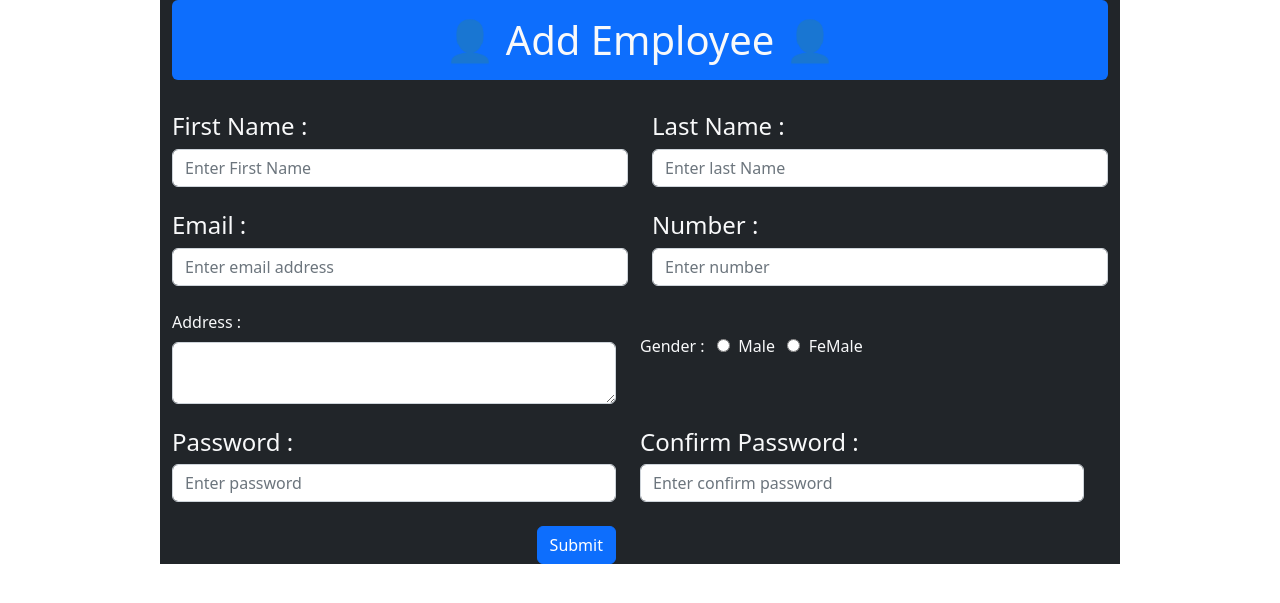
Repository: Rahulkathiriya/java-assignment-and-assesment
Page: http://localhost/web007_assesment_employee_Management_System/addEmployee.jsp
These files come from the project's save history. The page is drawn as it stood at one moment and after the next save; the edit follows.
The browser window is 1280 px wide. The pictures show the whole page.
The page is served by Tomcat 9.

Above is the page before, as saved 2022-11-17 15:54:05.

After the next save:
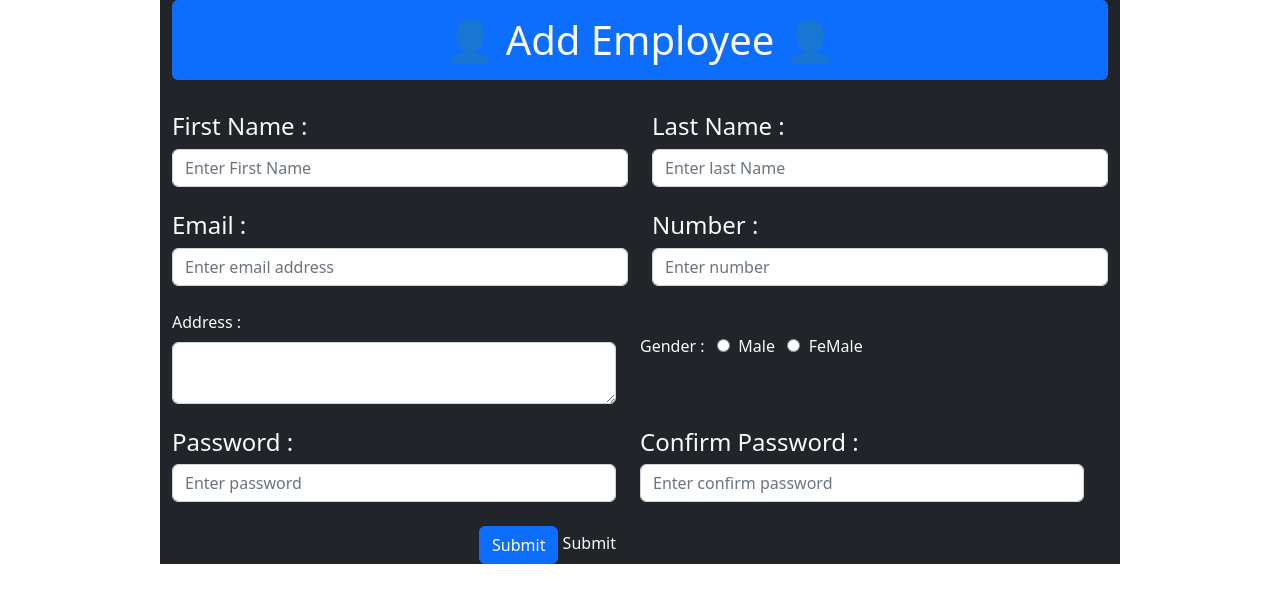
Saved 10 s later.
--- a/web007_assesment_employee_Management_System/src/main/webapp/addEmployee.jsp
+++ b/web007_assesment_employee_Management_System/src/main/webapp/addEmployee.jsp
@@ -87,7 +87,7 @@
 				</div>
 				<div class="row mt-4">
 			<div class="col col-sm-12 col-md-6 col-lg-6 text-end">
-				 <input type="submit" class="btn btn-primary">
+				 <input type="submit" class="btn btn-primary"> Submit
 
 			</div>
 			<div class="col col-sm-12 col-md-6 col-lg-6 text-start">

After the save that followed:
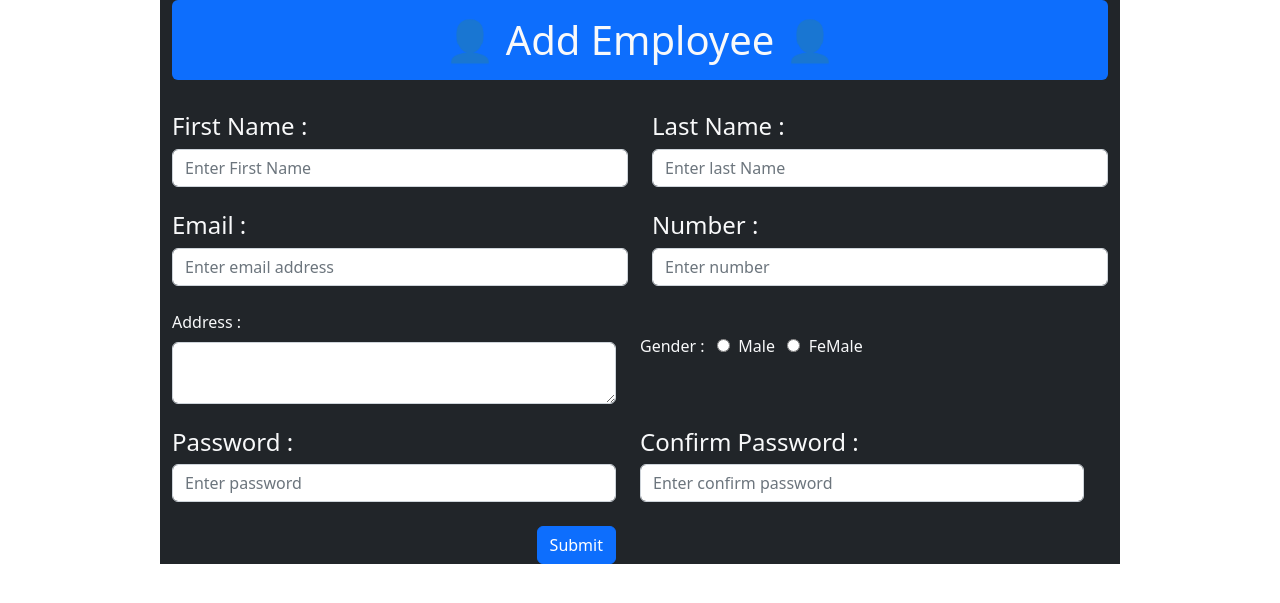
Saved 17 s later.
--- a/web007_assesment_employee_Management_System/src/main/webapp/addEmployee.jsp
+++ b/web007_assesment_employee_Management_System/src/main/webapp/addEmployee.jsp
@@ -87,7 +87,7 @@
 				</div>
 				<div class="row mt-4">
 			<div class="col col-sm-12 col-md-6 col-lg-6 text-end">
-				 <input type="submit" class="btn btn-primary"> Submit
+				 <input type="submit" class="btn btn-primary">
 
 			</div>
 			<div class="col col-sm-12 col-md-6 col-lg-6 text-start">
